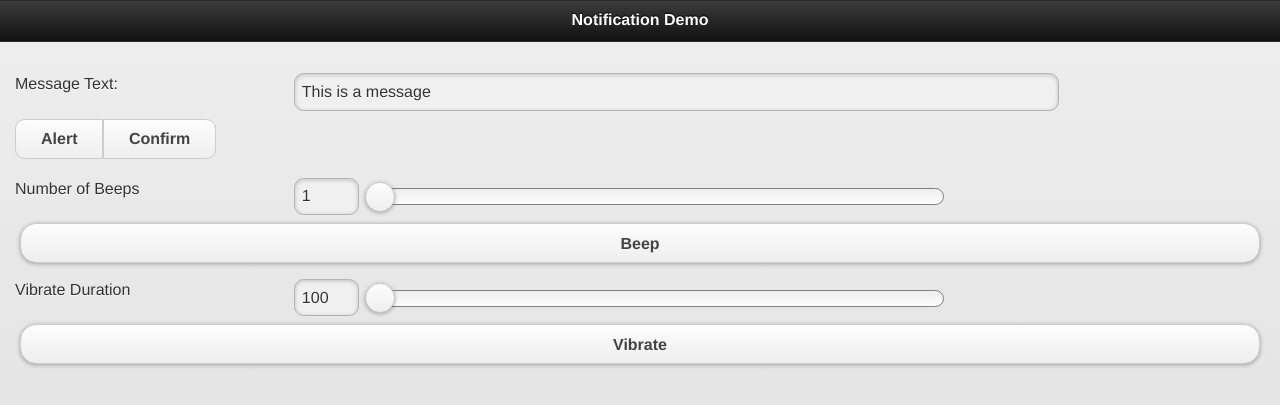
Repository: HILOLT/phonegap-demo
Page: Android/workspace/Notification/assets/www/index.html
These files come from the project's save history. The page is drawn as it stood at one moment and after the next save; the edit follows.
The browser window is 1280 px wide. The pictures show the whole page.

Above is the page before, as saved 2012-08-26 05:44:08.

### Android/workspace/Notification/assets/www/index.html
<!DOCTYPE html>
<html>
  <head>
    <title>Example Notification</title>
    <meta name="viewport" content="width=device-width, height=device-height initial-scale=1.0, maximum-scale=1.0, user-scalable=no;" />
    <meta http-equiv="Content-type" content="text/html; charset=utf-8">
    <link rel="stylesheet" href="jquery.mobile1.0b3.min.css" />
    <script type="text/javascript" charset="utf-8" src="jquery1.6.4.min.js"></script>
    <script type="text/javascript" charset="utf-8" src="jquery.mobile1.0b3.min.js"></script>
    <script type="text/javascript" charset="utf-8" src="cordova-2.0.0.js"></script>
    <script type="text/javascript" charset="utf-8">
      function onBodyLoad() {
        //alert("onBodyLoad");
        document.addEventListener("deviceready", onDeviceReady, false);
      }

      function onDeviceReady() {
        //Nothing to do here really
        alert("onDeviceReady");
      }

      function doAlert() {
        msgText = document.getElementById('msgText').value;
        navigator.notification.alert(msgText, onDoAlert, "Sample Alert", "Click Me!");
      }

      function onDoAlert() {
        alert("You clicked the Click Me button.");
      }

      function doConfirm() {
        msgText = document.getElementById('msgText').value;
        navigator.notification.confirm(msgText, onDoConfirm, "Sample Confirmation", "Yes, No, Maybe");
      }

      function onDoConfirm(btnNum) {
        if(btnNum == "1") {
          alert("Thanks for saying yes!");
        } else {
          alert("Too bad, you said no.");
        }
      }

      function doBeep() {
        beepCount = document.getElementById('beepSlider').value;
        navigator.notification.beep(beepCount);
      }

      function doVibe() {
        vibeCount = document.getElementById('vibeSlider').value;
        navigator.notification.vibrate(vibeCount);
      }
    </script>
  </head>
  <body onload="onBodyLoad()">
    <div data-role="header">
      <h1>Notification Demo</h1>
    </div>
    <div data-role="content">
      <div data-role="fieldcontain">
        <label for="msgText">Message Text:</label>
        <input type="text" name="msgText" id="msgText" value="This is a message" />
        <div data-role="controlgroup" data-type="horizontal">
          <input type="button" value="Alert" onclick="doAlert();">
          <input type="button" value="Confirm" onclick="doConfirm();">
        </div>
      </div>
      <div data-role="fieldcontain">
        <label for="beepSlider" >Number of Beeps</label>
        <input type="range" name="beepSlider" id="beepSlider" value="1" min="1" max="3" />
        <input type="button" value="Beep" onclick="doBeep();">
      </div>
      <div data-role="fieldcontain">
        <label for="vibeSlider" >Vibrate Duration</label>
        <input type="range" name="vibeSlider" id="vibeSlider" value="100" min="100" max="1000" step="100" />
        <input type="button" value="Vibrate" onclick="doVibe();">
      </div>
    </div>
  </body>
</html>

Loaded but not shown: Android/workspace/Notification/assets/www/jquery.mobile1.0b3.min.css (library); Android/workspace/Notification/assets/www/jquery1.6.4.min.js (library); Android/workspace/Notification/assets/www/jquery.mobile1.0b3.min.js (library); Android/workspace/Notification/assets/www/cordova-2.0.0.js (no copy from this time; the picture is the same without it)

After the next save:
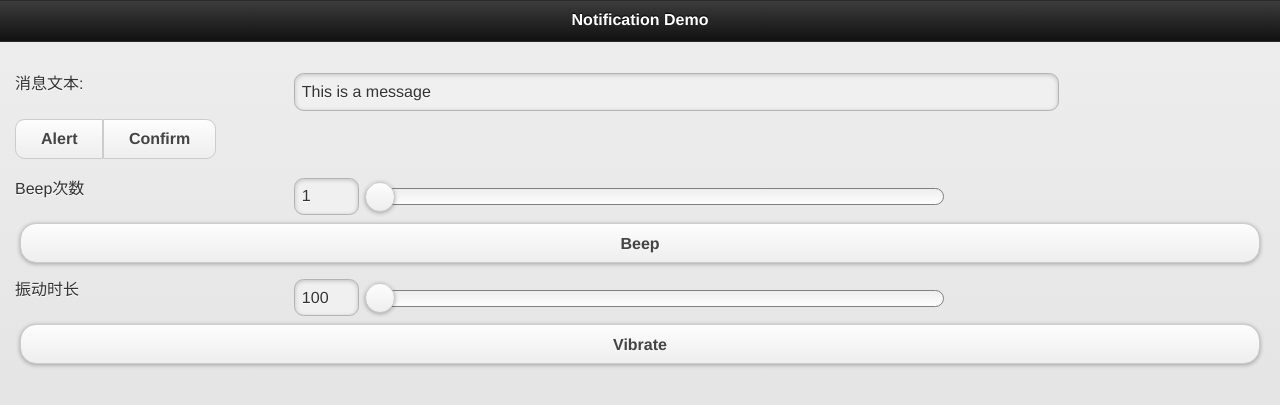
Saved 78 min 10 s later.
--- a/Android/workspace/Notification/assets/www/index.html
+++ b/Android/workspace/Notification/assets/www/index.html
@@ -15,22 +15,21 @@
       }
 
       function onDeviceReady() {
-        //Nothing to do here really
         alert("onDeviceReady");
       }
 
       function doAlert() {
         msgText = document.getElementById('msgText').value;
-        navigator.notification.alert(msgText, onDoAlert, "Sample Alert", "Click Me!");
+        navigator.notification.alert(msgText, onDoAlert, "Alert示例", "点我!");
       }
 
       function onDoAlert() {
-        alert("You clicked the Click Me button.");
+        alert("你点击了'点我！'按钮");
       }
 
       function doConfirm() {
         msgText = document.getElementById('msgText').value;
-        navigator.notification.confirm(msgText, onDoConfirm, "Sample Confirmation", "Yes, No, Maybe");
+        navigator.notification.confirm(msgText, onDoConfirm, "Confirmation示例", "Yes, No, Maybe");
       }
 
       function onDoConfirm(btnNum) {
@@ -58,7 +57,7 @@
     </div>
     <div data-role="content">
       <div data-role="fieldcontain">
-        <label for="msgText">Message Text:</label>
+        <label for="msgText">消息文本:</label>
         <input type="text" name="msgText" id="msgText" value="This is a message" />
         <div data-role="controlgroup" data-type="horizontal">
           <input type="button" value="Alert" onclick="doAlert();">
@@ -66,12 +65,12 @@
         </div>
       </div>
       <div data-role="fieldcontain">
-        <label for="beepSlider" >Number of Beeps</label>
+        <label for="beepSlider" >Beep次数</label>
         <input type="range" name="beepSlider" id="beepSlider" value="1" min="1" max="3" />
         <input type="button" value="Beep" onclick="doBeep();">
       </div>
       <div data-role="fieldcontain">
-        <label for="vibeSlider" >Vibrate Duration</label>
+        <label for="vibeSlider" >振动时长</label>
         <input type="range" name="vibeSlider" id="vibeSlider" value="100" min="100" max="1000" step="100" />
         <input type="button" value="Vibrate" onclick="doVibe();">
       </div>
